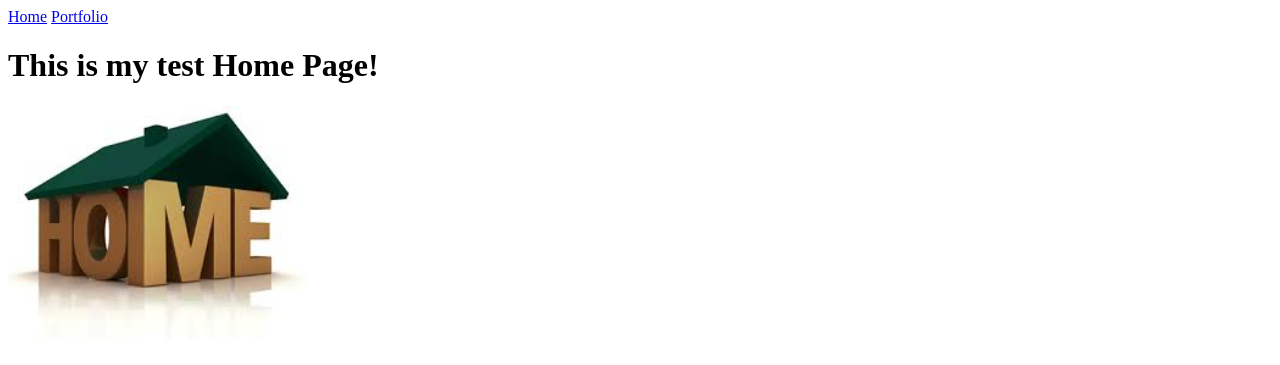
Repository: alopez2019/alopez2019.github.io
Page: my_website/index.html
The author's editor kept a record of every edit. The page is drawn from the files as they stood at one moment, then again after the next edit.
The browser window is 1280 px wide. The pictures show the whole page.

Above is the page before.

After the next edit:
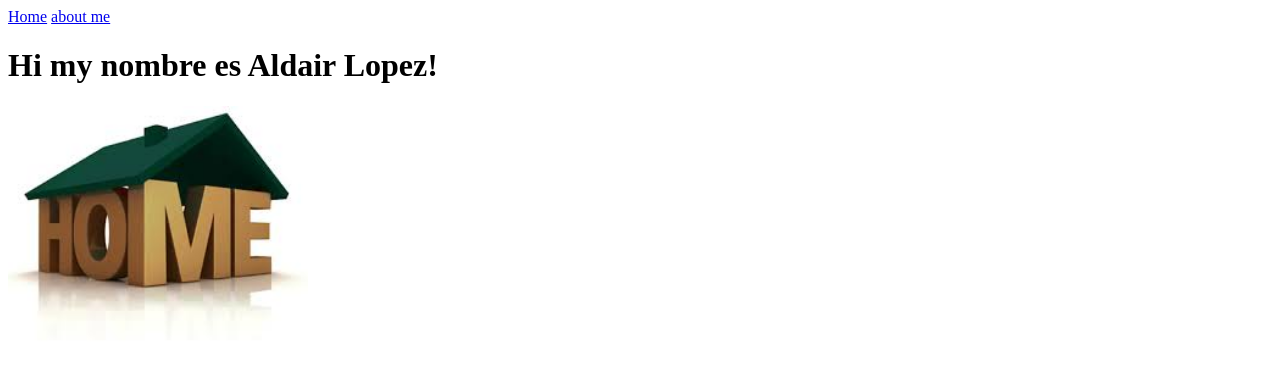
The edit:
--- a/my_website/index.html
+++ b/my_website/index.html
@@ -6,8 +6,8 @@
   </head>
   <body>
     <a href="index.html">Home</a>
-    <a href="portfolio.html">Portfolio</a>
-    <h1>This is my test Home Page!</h1>
+    <a href="portfolio.html">about me</a>
+    <h1>Hi my nombre es Aldair Lopez!</h1>
     <img src="images/home.jpg" height="250">
   </body>
 </html>
